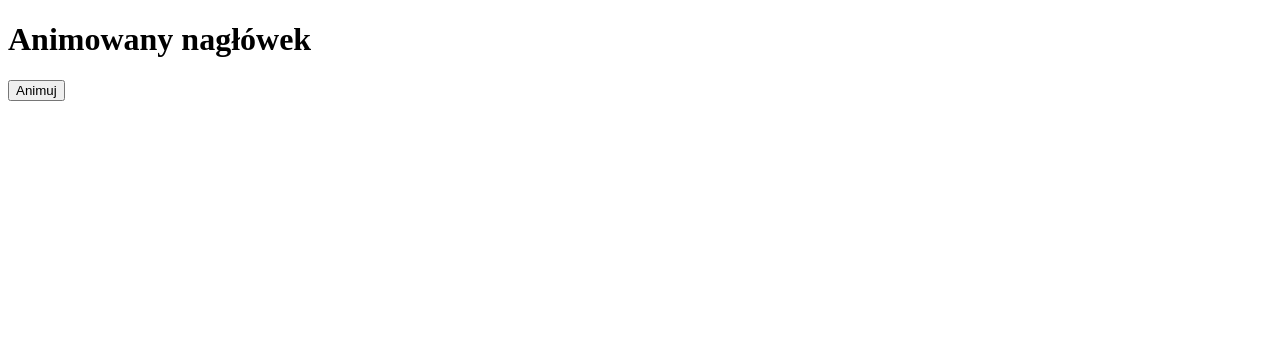
Repository: magdaf41/jQuery
Page: zadanie 3/index.html
An editor plug-in stored every save of this project. The page is shown before and after the next save, followed by the edit.
The browser window is 1280 px wide. The pictures show the whole page.

Above is the page before, as saved 2020-09-09 21:02:41.

### zadanie 3/index.html
<!DOCTYPE html>
<html>

<head>
    <meta charset=utf-8 />
    <title>Return first and last name from a form - w3resource</title>
</head>

<body>
    <h1>Animowany nagłówek</h1>

    <button id="animate">Animuj</button>
    <div id="square"></div>

    <script src="js/jquery-3.5.1.min.js"></script>
    <script src="js/main.js"></script>

</body>

</html>

### zadanie 3/js/main.js
$(document).ready(function () {
    $('#square').css({
        'height': '200px',
        'width': '200px',
        'backkground-color': 'red'
    });
});

Loaded but not shown: zadanie 3/js/jquery-3.5.1.min.js (library)

After the next save:
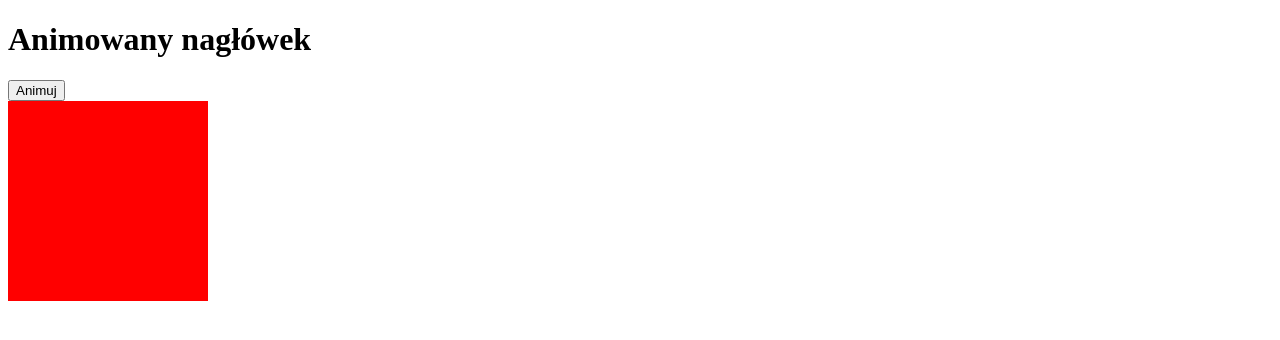
Saved 38 s later.
--- a/zadanie 3/js/main.js
+++ b/zadanie 3/js/main.js
@@ -2,6 +2,6 @@ $(document).ready(function () {
     $('#square').css({
         'height': '200px',
         'width': '200px',
-        'backkground-color': 'red'
+        'background-color': 'red'
     });
 });
